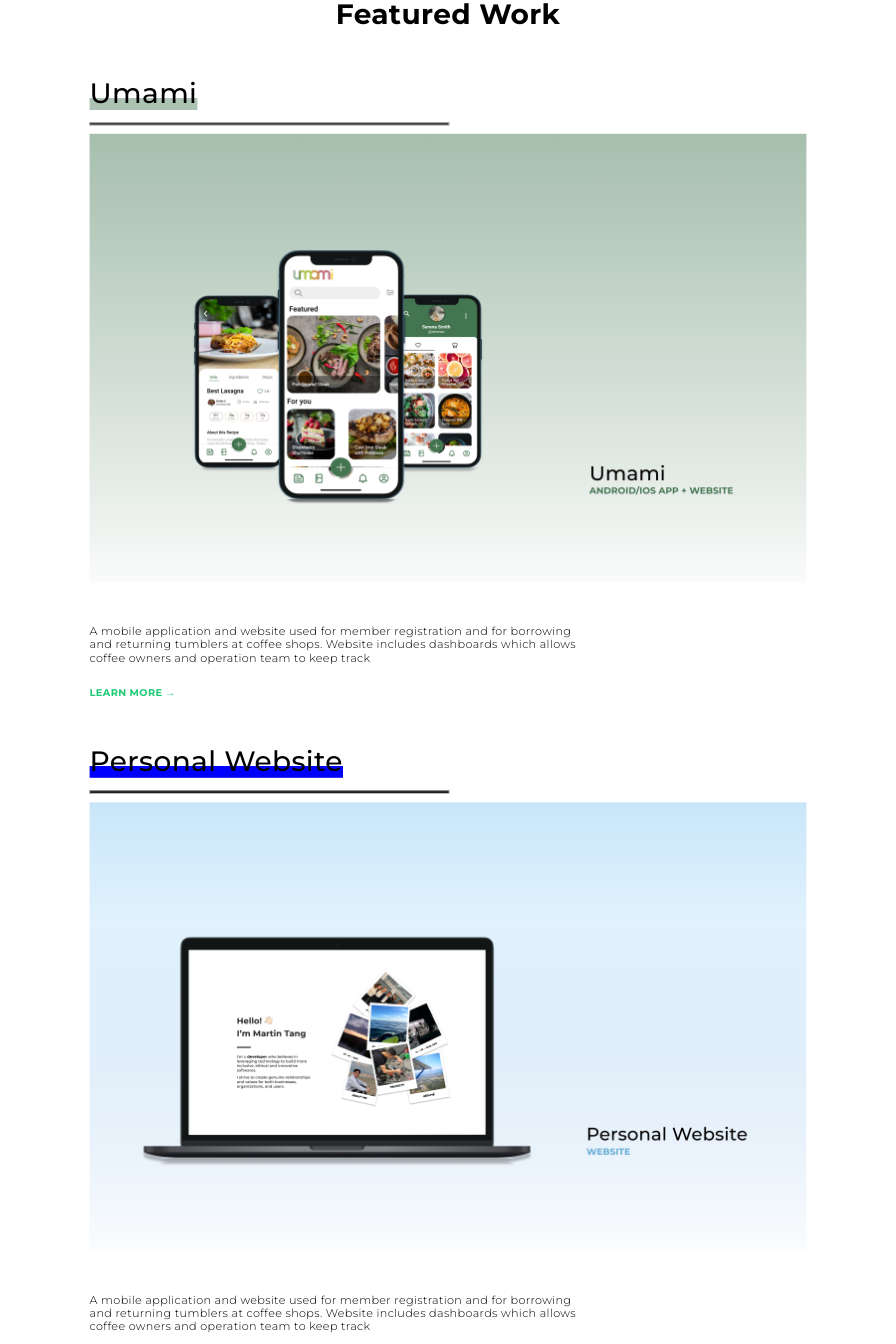
Repository: TangMartin/martintang
Page: index.html
An editor plug-in stored every save of this project. The page is shown before and after the next save, followed by the edit.
The browser window is 1280 px wide. The pictures show the part of the page from y = 1013 to 2933 px (the page is 2933 px tall), at 70% of full size.

Above is the page before, as saved 2021-11-24 22:09:20.

### index.html
<!DOCTYPE html>

<html>
    <head>
        <link href="./styles/style.css" rel="stylesheet">
        <link rel="preconnect" href="https://fonts.googleapis.com">
        <link rel="preconnect" href="https://fonts.gstatic.com" crossorigin>
        <link href="https://fonts.googleapis.com/css2?family=Montserrat:wght@300;500;700&display=swap" rel="stylesheet">
        <title> Martin Tang</title>
    </head>

    <body>
        <!-- Nav Bar-->
        <!-- Main Page-->
        <div class="flex-main">
            <!-- Left Box-->
            <div class="flex-left">
                <h1>Hello! <span class="wave" style="margin-left: 4%;">👋🏻</span> </h1>
                <h1>I'm Martin Tang</h1>
                <hr style="height:5px; width:15%; margin-left:0; background-color:#222020; display: inline-block">
                <h3>I'm a <strong>developer</strong> who believes in leveraging technology to build more inclusive, ethical and innovative softwares. </h3>
                <h3>I strive to create genuine relationships and values for both businesses, organizations, and users.</h3>
            </div>
            <!-- Right Box-->
            <div class="flex-right">
                <div class="image-stack">
                    <a style="grid-column: 8; grid-row: 10; cursor: pointer; --turn-radius: 12deg; cursor: pointer;" href="./Martin_Tang_Resume.pdf" target="_blank" download>
                        <img src="./assets/polaroids/Resume.png"/>
                    </a>
                    <img style="grid-column: 3; grid-row: 1; --turn-radius: -12deg;" src="./assets/polaroids/Apsc100.png" />
                    <img style="grid-column: 1; grid-row: 7; --turn-radius: -12deg;" src="./assets/polaroids/Sunset.png" />
                    <img style="grid-column: 7; grid-row: 5; --turn-radius: 15deg;" src="./assets/polaroids/Hongkongpng.png" />
                    <a style="grid-column: 3; grid-row: 12; --turn-radius: -12deg; cursor: pointer;" href="./pages/aboutme.html">
                        <img src="./assets/polaroids/Aboutme.png" />
                    </a>
                    <img style="grid-column: 4; grid-row: 5; --turn-radius: -4deg;"src="./assets/polaroids/Jetski.png" />
                    <a style="grid-column: 5; grid-row: 9; --turn-radius: 10deg; cursor: pointer;" href="#featuredwork">
                        <img src="./assets/polaroids/Projects.png"/>
                    </a>
                </div>
            </div>
        </div>
        <div class="featured_work" id="featuredwork">
            <!-- Featured Work -->
            <h1 style="text-align: center; padding-top: 5rem;"> Featured Work </h1>
            <ul class="work_list">

                <!-- Umami -->
                <li class="work_item">
                    <h1><span class="highlight" style="--highlighter-color: #ACC2B2;">Umami</span></h1>
                    <hr style="height:2.5px; width:50%; margin-left:0; background-color:#222020; display: inline-block; margin">
                    <img class="work_image" src="./assets/images/Umami.png" />
                    <div class="technologies">
                        <p>FASTAPI</p>
                        <p>REACT NATIVE</p>
                        <p>REDUX-SAGA</p>
                        <p>MySQL</p>
                        <p>DOCKER</p>
                        <p>PYTHON</p>
                    </div>
                    <p class="work_description">
                        A mobile application and website used for member registration and for borrowing and returning tumblers at coffee shops.  Website includes dashboards which allows coffee owners and operation team to keep track
                    </p>
                    <h3> LEARN MORE → </h3>
                </li>

                <!-- Personal Website -->
                <li class="work_item">
                    <h1><span class="highlight" style="--highlighter-color: blue;">Personal Website</span></h1>
                    <hr style="height:2.5px; width:50%; margin-left:0; background-color:#222020; display: inline-block">
                    <img class="work_image" src="./assets/images/Personalwebsite.png" />
                    <div class="technologies">
                        <p>FAST API</p>
                        <p>REACT NATIVE</p>
                        <p>REDUX-SAGA</p>
                        <p>SQL</p>
                        <p>DOCKER</p>
                    </div>
                    <p class="work_description">
                        A mobile application and website used for member registration and for borrowing and returning tumblers at coffee shops.  Website includes dashboards which allows coffee owners and operation team to keep track
                    </p>
                </li>

            </ul>
        </div>
    </body>
</html>

### styles/style.css
:root {
    --highlighter-color: #EEDF5B;
    --work-color: #1cca73;
    --turn-radius: 6deg;
}

html{
    scroll-behavior: smooth;
}
body {
    max-width: 70rem;
    margin-right: auto;
    margin-left: auto;
    width: 80vw;
    padding-top: 2rem;
}

body,
h1,
h2,
h3,
h4,
h5 {
  font-family: 'Montserrat', sans-serif;
  letter-spacing: 0.5px;
}

h3 {
    margin-top: 10px;
    color: #222020;
    font-size: 20px;
    font-weight: 300;
}

/* MAIN PAGE */
.flex-main {
    display: flex;
    flex-direction: row;
}
.flex-main h1 {
    display: flex;
    flex-direction: row;
    font-size: 50px;
    margin: 5px 0px 10px 0px;
}

.flex-left {
    width: 40%;
    padding-top: 23%;
    padding-bottom: 2%;
}
.flex-right {
    width: 60%;
}
.image-stack{
    display: grid;
    grid-template-columns: repeat(12, 55px);
    grid-template-rows: repeat(19, 48px);
    padding-left: 10%;

}
.image-stack img {
    transition: all 0.3s ease-in-out 0s;
}
.image-stack img:hover {
    transform: rotate(var(--turn-radius));
    transition: all 0.3s ease-in-out 0s;
}

.wave {
    animation-name: wave-animation;  /* Refers to the name of your @keyframes element below */
    animation-duration: 2.5s;        /* Change to speed up or slow down */
    animation-iteration-count: infinite;  /* Never stop waving :) */
    transform-origin: 70% 70%;       /* Pivot around the bottom-left palm */
    display: inline-block;
  }

  @keyframes wave-animation {
      0% { transform: rotate( 0.0deg) }
     10% { transform: rotate(14.0deg) }  /* The following five values can be played with to make the waving more or less extreme */
     20% { transform: rotate(-8.0deg) }
     30% { transform: rotate(14.0deg) }
     40% { transform: rotate(-4.0deg) }
     50% { transform: rotate(10.0deg) }
     60% { transform: rotate( 0.0deg) }  /* Reset for the last half to pause */
    100% { transform: rotate( 0.0deg) }
  }

/* FEATUERED WORK */
.featured_work {
    margin-top: -5%;
}
.featured_work h1 {
    font-size: 40px;
}
.work_list {
    list-style: none;
    padding-left: 0;
}
.work_item {
    margin-top: 4rem;
}
.work_item h1{
    margin-bottom: 1%;
}
.work_item h3{
    margin-top: 3%;
    font-weight: bold;
    font-size: 14px;
    color: var(--work-color);
}
.work_image {
    max-width: 100%;
}
.work_description {
    margin-top: 5px;
    font-weight: 350;
    width: 70%;
}
.highlight {
    background: linear-gradient(180deg, #FFFFFF 65%, var(--highlighter-color) 65%);
    font-weight: 400;
}
.technologies {
    margin-top: 5px;
    display: flex;
    flex-direction:row;
}
.technologies p {
    font-size: 12px;
    margin-right: 6px;
    color: #FFFFFF;
    font-weight: 600;
    border-radius:20px;
    padding: 4px 9px 4px 9px;
    background: var(--umami-color);
}

After the next save:
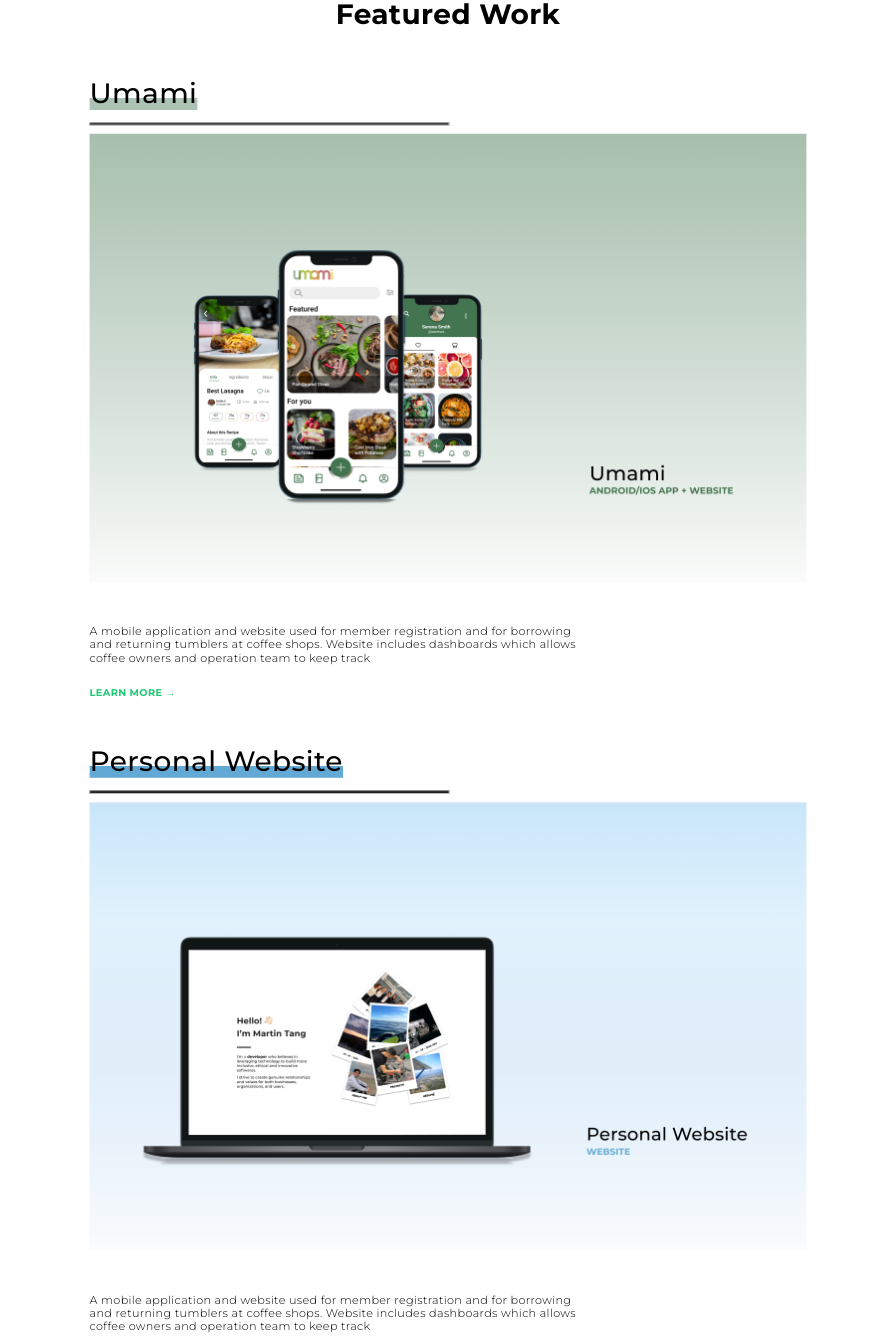
Saved 16 s later.
--- a/index.html
+++ b/index.html
@@ -66,7 +66,7 @@
 
                 <!-- Personal Website -->
                 <li class="work_item">
-                    <h1><span class="highlight" style="--highlighter-color: blue;">Personal Website</span></h1>
+                    <h1><span class="highlight" style="--highlighter-color: #62AAD5;">Personal Website</span></h1>
                     <hr style="height:2.5px; width:50%; margin-left:0; background-color:#222020; display: inline-block">
                     <img class="work_image" src="./assets/images/Personalwebsite.png" />
                     <div class="technologies">
